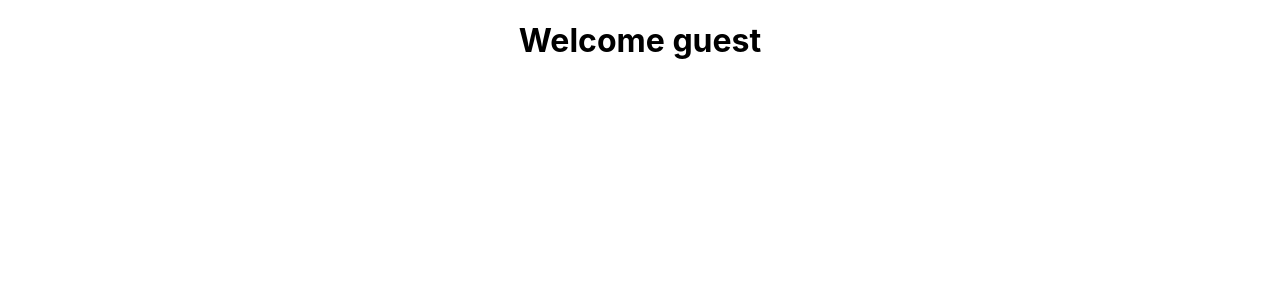
Repository: ShahbazGurmani/react-practice
Page: /
These files come from the project's save history. The page is drawn as it stood at one moment and after the next save; the edit follows.
The browser window is 1280 px wide. The pictures show the whole page.
The project was rebuilt for these pictures with package versions that can differ from the ones it lists, and the page was loaded fresh each time. Also part of the build but not shown: src/User.js, src/Student.js, src/Records.js.

Above is the page before, as saved 2023-08-23 03:05:40.

After the next save:
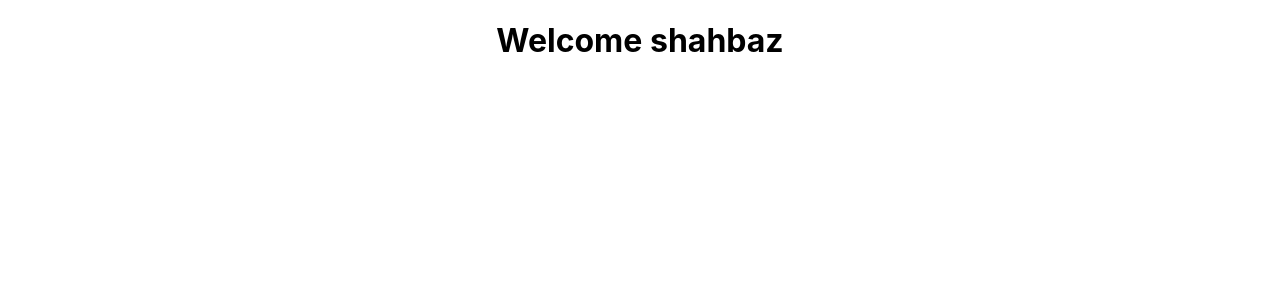
Saved 6 s later.
--- a/src/Profile.js
+++ b/src/Profile.js
@@ -3,7 +3,7 @@ import { useState } from "react";
 
 function Profile()
 {
-    const [login,setLogin] = useState();
+    const [login,setLogin] = useState(1);
     // using condition if else in ternry oprator
     return(
         <div>
